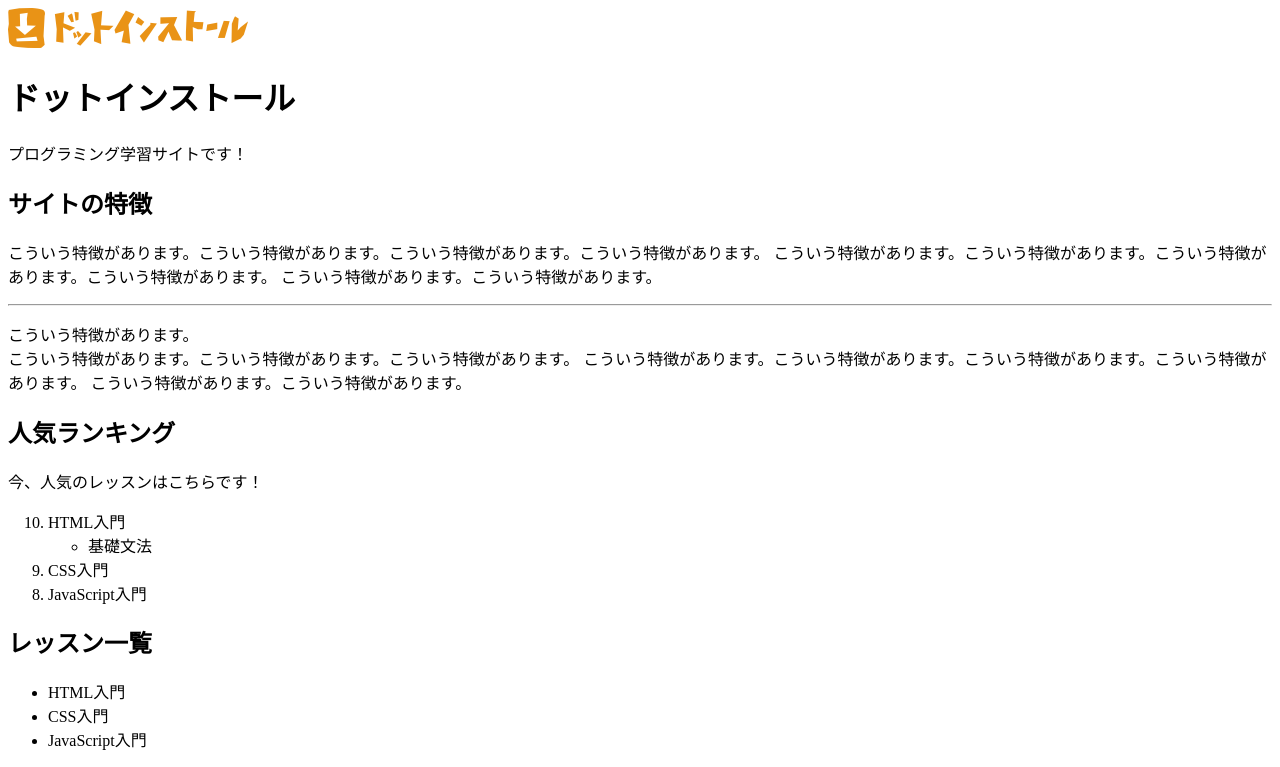
Repository: kojimayu/dotinstall-html
Page: index.html
These files come from the project's save history. The page is drawn as it stood at one moment and after the next save; the edit follows.
The browser window is 1280 px wide. The pictures show the whole page.

Above is the page before, as saved 2019-04-04 16:56:41.

### index.html
<!DOCTYPE html>
<html lang="ja">

<head>
    <meta charset="UTF-8">
    <title>ドットインストール</title>
    <meta name="description" content="プログラミング学習サイトのドットインストールです。">
    <link rel="icon" href="img/favicon.ico">
</head>

<body>
    <img src="img/logo.png" alt="ドットインストールのロゴです" width="240" height="40">
    <h1>ドットインストール</h1>
    <p>プログラミング学習サイトです！</p>

    <h2>サイトの特徴</h2>
    <p>こういう特徴があります。こういう特徴があります。こういう特徴があります。こういう特徴があります。
        こういう特徴があります。こういう特徴があります。こういう特徴があります。こういう特徴があります。
        こういう特徴があります。こういう特徴があります。
    </p>
    <hr>
    <p>こういう特徴があります。<br>こういう特徴があります。こういう特徴があります。こういう特徴があります。
        こういう特徴があります。こういう特徴があります。こういう特徴があります。こういう特徴があります。
        こういう特徴があります。こういう特徴があります。
    </p>

    <h2>人気ランキング</h2>
    <p>今、人気のレッスンはこちらです！</p>
    <ol reversed start="10">
        <li>
            HTML入門
            <ul>
                <li>基礎文法</li>
            </ul>
        </li>
        <li>CSS入門</li>
        <li>JavaScript入門</li>
    </ol>

    <h2>レッスン一覧</h2>
    <ul>
        <li>HTML入門</li>
        <li>CSS入門</li>
        <li>JavaScript入門</li>

    </ul>
</body>

</html>

After the next save:
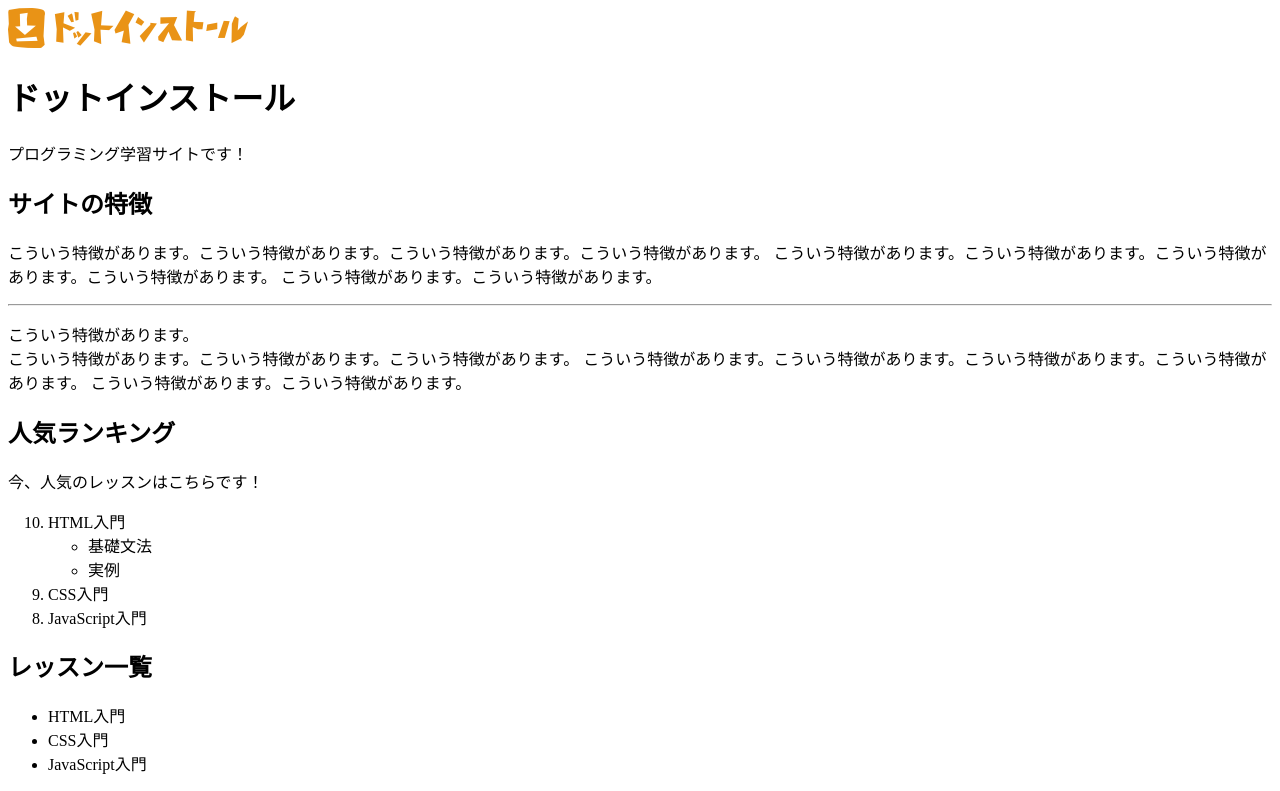
Saved 113 s later.
--- a/index.html
+++ b/index.html
@@ -31,6 +31,7 @@
             HTML入門
             <ul>
                 <li>基礎文法</li>
+                <li>実例</li>
             </ul>
         </li>
         <li>CSS入門</li>
